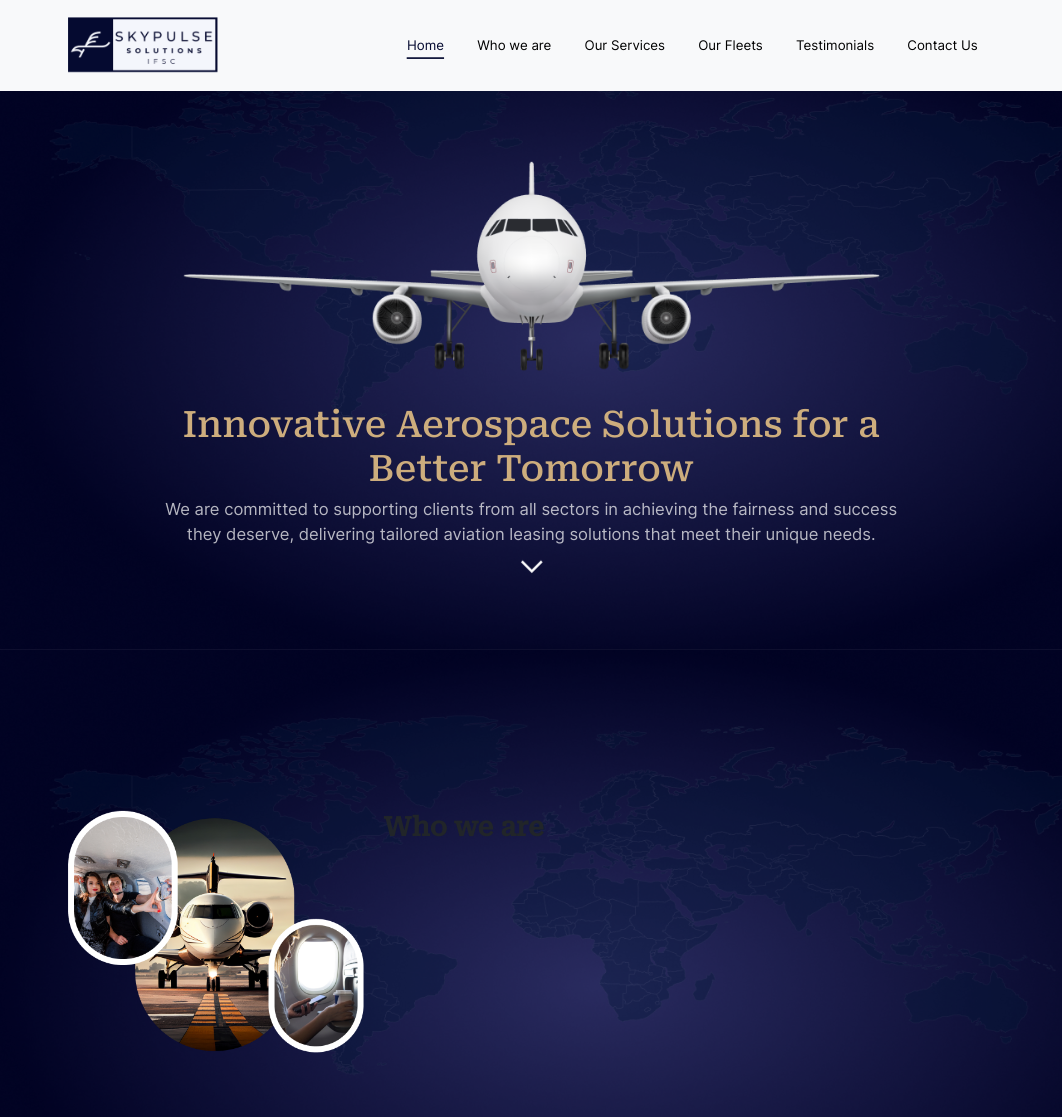
Repository: mangalravi/SkyPulse
Page: index.html
These files come from the project's save history. The page is drawn as it stood at one moment and after a run of saves; the edit follows.
The browser window is 1280 px wide. The pictures show the whole page, at 83% of full size.

Above is the page before, as saved 2024-12-30 10:22:34.

After the next 4 saves:
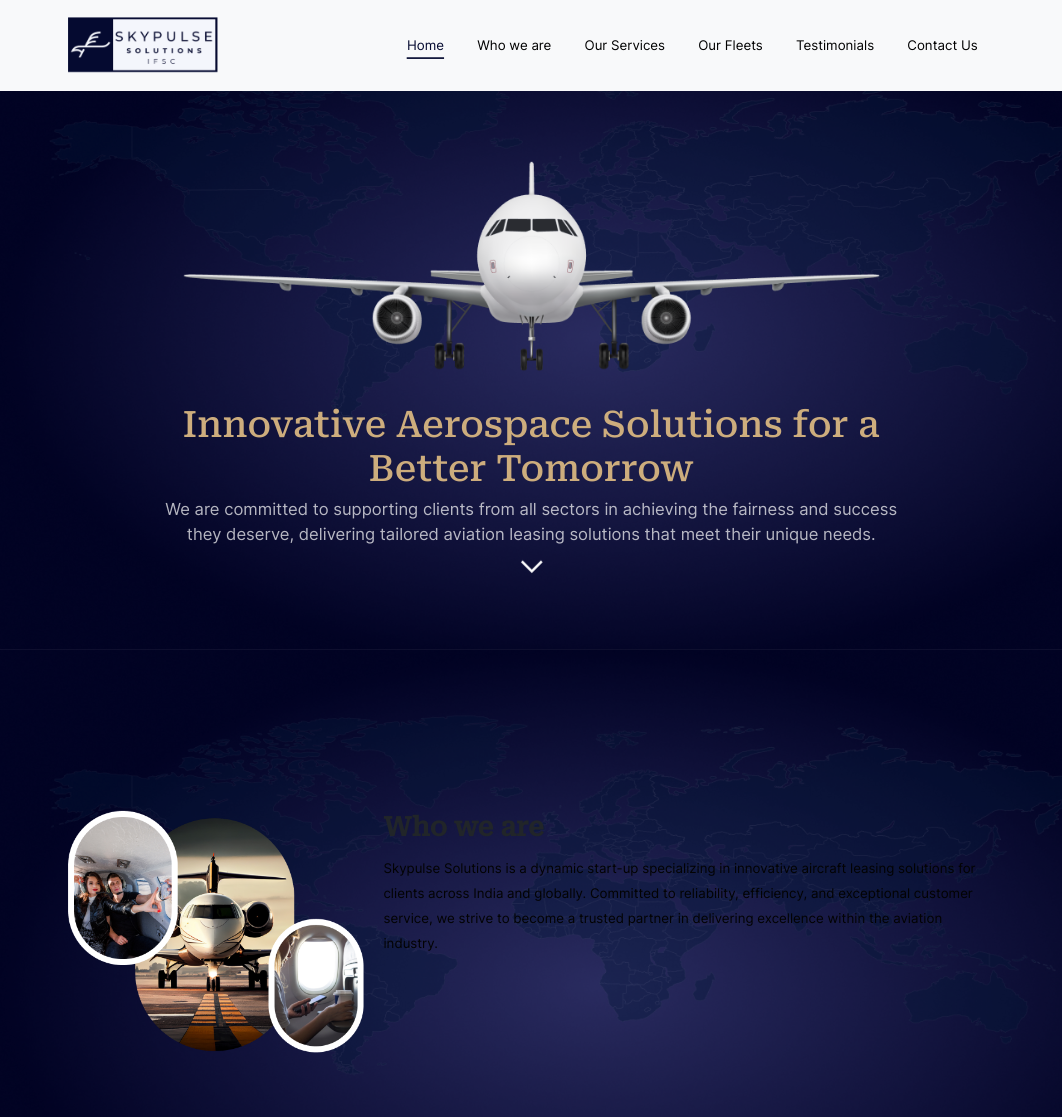
The 4 saves are shown as one change because they came seconds apart.
The last was saved 18 s later.
--- a/index.html
+++ b/index.html
@@ -81,7 +81,16 @@
           </div>
         <div class="col-md-8">
 <h2 class="sec-head">Who we are</h2>
-<p></p>
+<p class="sec-para">Skypulse Solutions is a
+  dynamic start-up specializing in innovative aircraft leasing solutions
+   for clients across India
+  and globally.  Committed
+   to reliability, efficiency, and exceptional
+   customer service, we
+   strive to become a
+   trusted partner in
+   delivering excellence
+   within the aviation industry.</p>
           </div>
           </div>
           </div>
